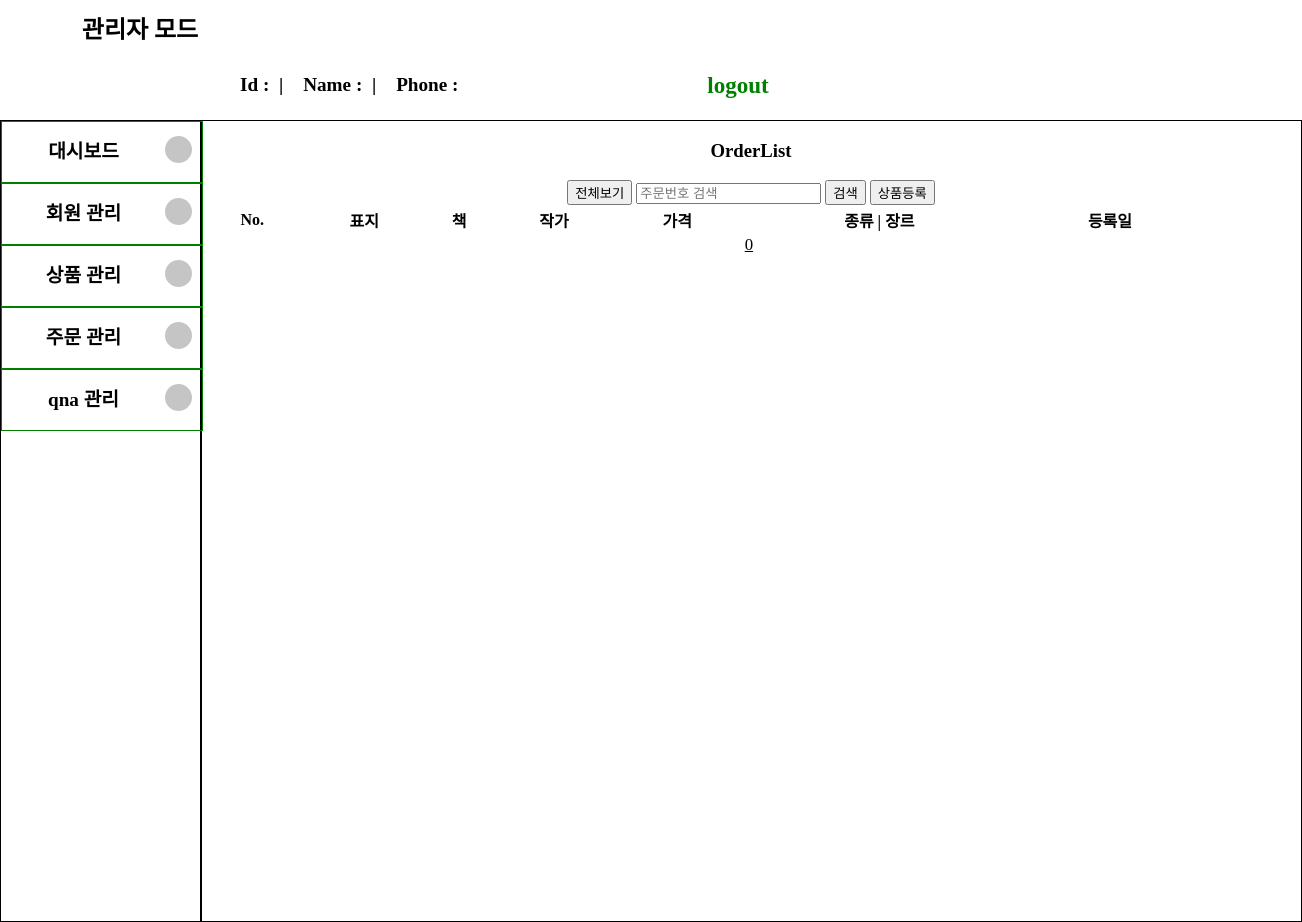
Repository: GreenShrew/SmallProject
Page: http://localhost/BookStore/admin/order/orderList.jsp
These files come from the project's save history. The page is drawn as it stood at one moment and after the next save; the edit follows.
The browser window is 1280 px wide. The page is 1302 px wide, so the pictures cover 1302 px, including what lies to the right of the window. The pictures show the whole page.
Pictures or frames that could not be fetched are drawn as grey boxes. The page is served by Tomcat 9. The template is opened directly, without the code that normally fills it, so the values that code supplies are empty.

Above is the page before, as saved 2022-02-22 04:31:01.

After the next save:
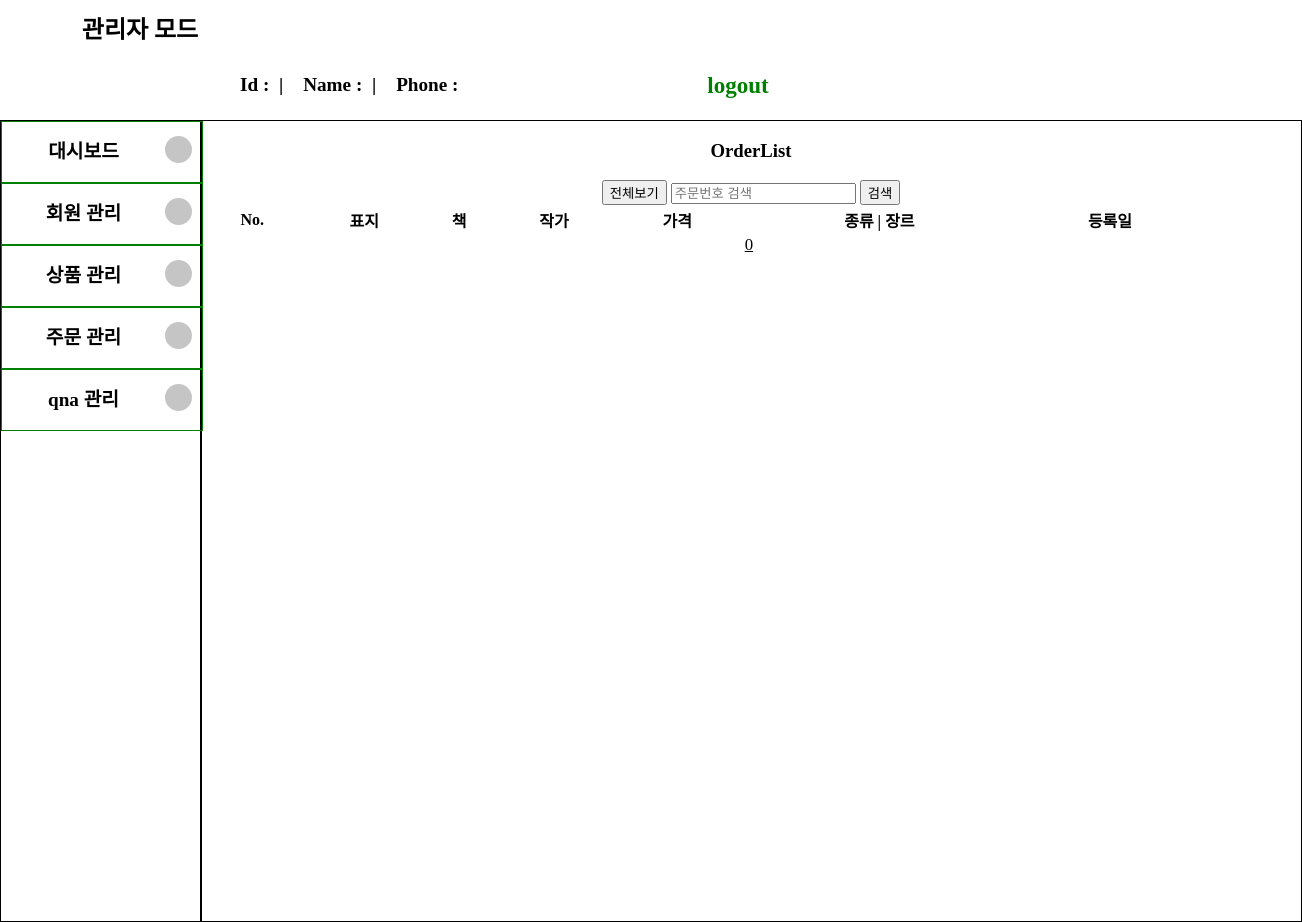
Saved 30 s later.
--- a/BookStore/src/main/webapp/admin/order/orderList.jsp
+++ b/BookStore/src/main/webapp/admin/order/orderList.jsp
@@ -8,7 +8,6 @@
 		<input type="button" name="button_search" value="전체보기" onClick="go_ListTotal('adminOrderList')">
 		<input type="text" name="key" value="${key}" placeholder="주문번호 검색">
 		<input type="button" name="button_search" value="검색" onClick="">
-		<input type="button" name="button_search" value="상품등록" onClick="go_productUploadForm()">
 	</form>
 
 	<table id="productList" style="width:1000px;">
